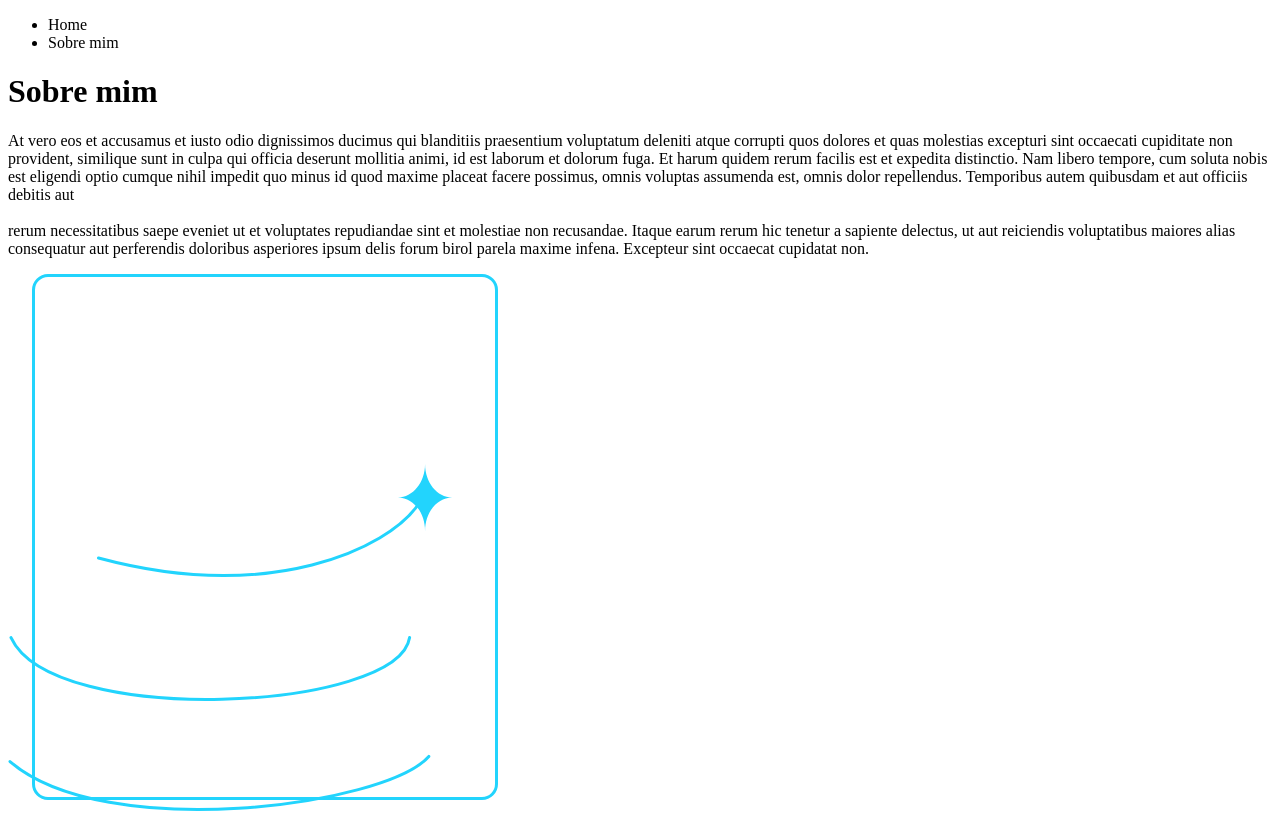
Repository: geracao-09/projeto-portfolio
Page: index.html
An editor plug-in stored every save of this project. The page is shown before and after a run of saves, followed by the edit.
The browser window is 1280 px wide. The pictures show the whole page.

Above is the page before, as saved 2025-04-23 10:50:04.

### index.html
<!DOCTYPE html>
<html lang="pt-br">
  <head>
    <meta charset="UTF-8" />
    <meta name="viewport" content="width=device-width, initial-scale=1.0" />
    <title>Portfolio</title>
  </head>
  <body>
    <header>
      <nav>
        <ul>
          <li>Home</li>
          <li>Sobre mim</li>
        </ul>
      </nav>
    </header>
    <main>
      <div>
        <h1>Sobre mim</h1>
        <p>
          At vero eos et accusamus et iusto odio dignissimos ducimus qui blanditiis praesentium voluptatum deleniti atque corrupti quos dolores et quas molestias excepturi sint occaecati cupiditate non provident, similique sunt in culpa qui officia deserunt mollitia animi, id est laborum et dolorum fuga. Et harum quidem rerum facilis est et expedita distinctio. Nam libero tempore, cum soluta nobis est eligendi optio cumque nihil impedit quo minus id quod maxime placeat facere possimus, omnis voluptas assumenda est, omnis dolor repellendus. Temporibus autem quibusdam et aut officiis debitis aut<br><br>
          rerum necessitatibus saepe eveniet ut et voluptates repudiandae sint et molestiae non recusandae. Itaque earum rerum hic tenetur a sapiente delectus, ut aut reiciendis voluptatibus maiores alias consequatur aut perferendis doloribus asperiores ipsum delis forum birol parela maxime infena. Excepteur sint occaecat cupidatat non.
        </p>
      </div>
      <div>

          <img src="/assets/Imagem.svg" alt="">
        </div>
    </main>
  </body>
</html>

After the next 2 saves:
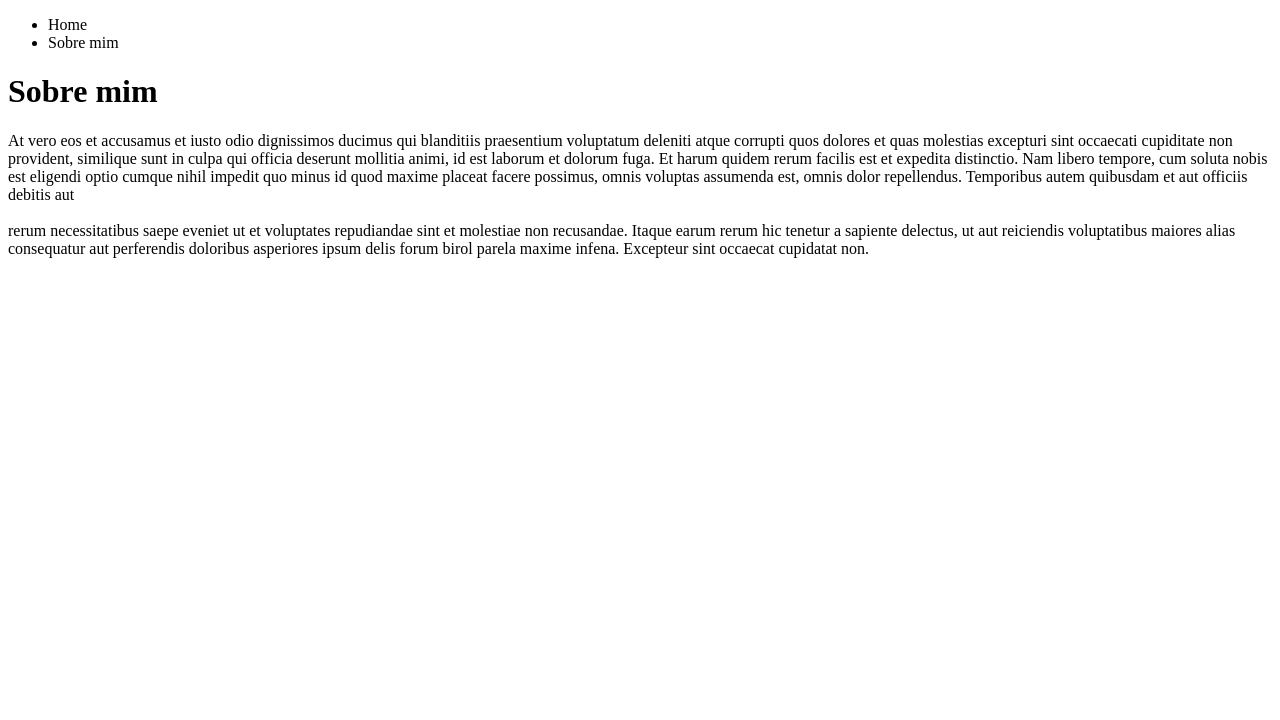
The 2 saves are shown as one change because they came seconds apart.
The last was saved 6 s later.
--- a/index.html
+++ b/index.html
@@ -23,7 +23,7 @@
         </p>
       </div>
       <div>
-
+        <img src=""
           <img src="/assets/Imagem.svg" alt="">
         </div>
     </main>
